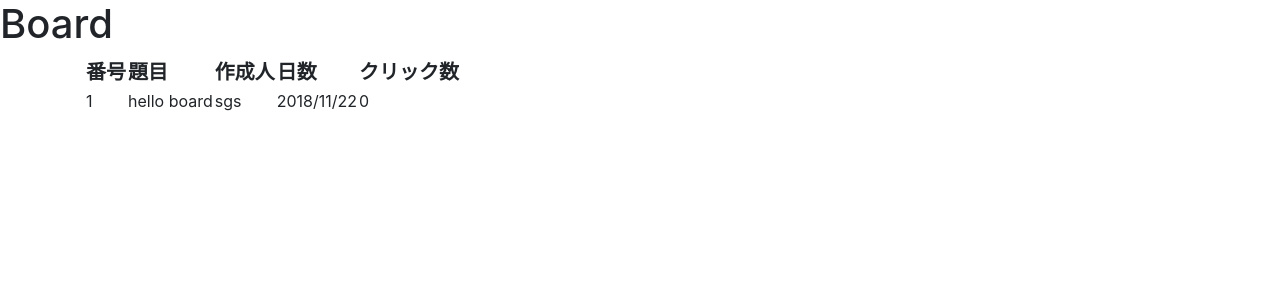
Repository: songgisung/study_web
Page: 20181126/test/board/WebContent/board.html
These files come from the project's save history. The page is drawn as it stood at one moment and after the next save; the edit follows.
The browser window is 1280 px wide. The pictures show the whole page.

Above is the page before, as saved 2018-11-22 08:38:51.

### 20181126/test/board/WebContent/board.html
<!DOCTYPE html>
<html>
	<head>
		<meta charset="UTF-8">
		<meta name="viewport" content="width=device-width, initial-scale=1, shrink-to-fit=no">
		<title>Insert title here</title>

		<link rel="stylesheet" href="https://stackpath.bootstrapcdn.com/bootstrap/4.1.3/css/bootstrap.min.css" integrity="sha384-MCw98/SFnGE8fJT3GXwEOngsV7Zt27NXFoaoApmYm81iuXoPkFOJwJ8ERdknLPMO" crossorigin="anonymous">
		<link rel="stylesheet" href="css/board.css">
	</head>
<body>
	<h1>Board</h1>
	<div class="container">
		<table>
			<tr class="table_">
				<th>番号</th>
				<th>題目</th>
				<th>作成人</th>
				<th>日数</th>
				<th>クリック数</th>
			</tr>
			<tr>
				<td>1</td>
				<td>hello board</td>
				<td>sgs</td>
				<td>2018/11/22</td>
				<td>0</td>
			</tr>
		</table>
	</div>
	<script src="https://code.jquery.com/jquery-3.3.1.slim.min.js" integrity="sha384-q8i/X+965DzO0rT7abK41JStQIAqVgRVzpbzo5smXKp4YfRvH+8abtTE1Pi6jizo" crossorigin="anonymous"></script>
	<script src="https://cdnjs.cloudflare.com/ajax/libs/popper.js/1.14.3/umd/popper.min.js" integrity="sha384-ZMP7rVo3mIykV+2+9J3UJ46jBk0WLaUAdn689aCwoqbBJiSnjAK/l8WvCWPIPm49" crossorigin="anonymous"></script>
	<script src="https://stackpath.bootstrapcdn.com/bootstrap/4.1.3/js/bootstrap.min.js" integrity="sha384-ChfqqxuZUCnJSK3+MXmPNIyE6ZbWh2IMqE241rYiqJxyMiZ6OW/JmZQ5stwEULTy" crossorigin="anonymous"></script>
</body>
</html>

### 20181126/test/board/WebContent/css/board.css
@charset "UTF-8";

.table_{
	border-color: black;
	margin:0px;
	font-size: 20px;
}
.cell{
	border:black 10px solid;
}

After the next save:
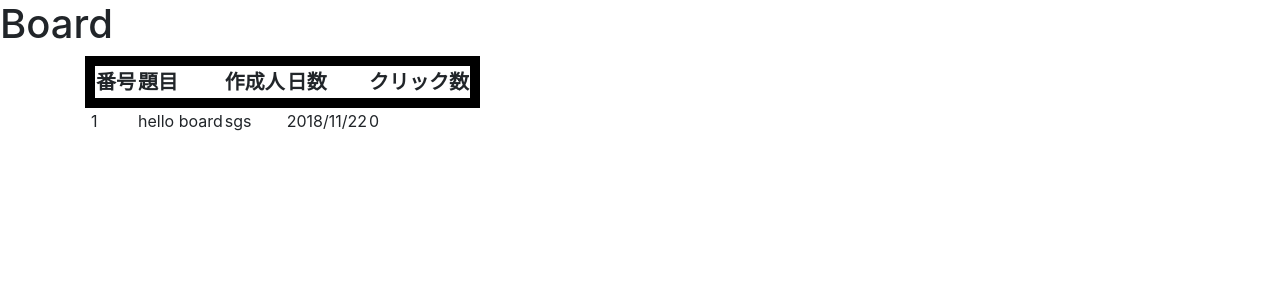
Saved 50 s later.
--- a/20181126/test/board/WebContent/css/board.css
+++ b/20181126/test/board/WebContent/css/board.css
@@ -4,6 +4,7 @@
 	border-color: black;
 	margin:0px;
 	font-size: 20px;
+	border: 10px black solid;
 }
 .cell{
 	border:black 10px solid;

After the 4 saves that followed:
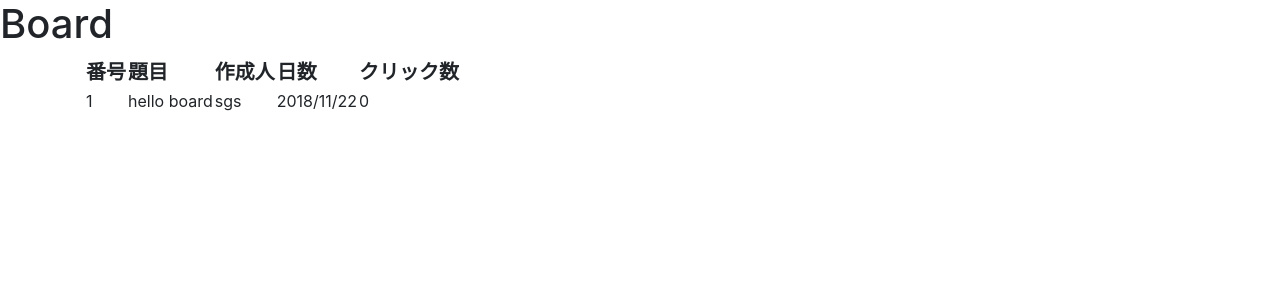
The 4 saves are shown as one change because 3 left the picture as it was.
The last was saved 100 s later.
--- a/20181126/test/board/WebContent/css/board.css
+++ b/20181126/test/board/WebContent/css/board.css
@@ -4,8 +4,9 @@
 	border-color: black;
 	margin:0px;
 	font-size: 20px;
-	border: 10px black solid;
 }
 .cell{
-	border:black 10px solid;
+	padding-left: 0px;
+	margin:0;
+	border:10px black solid;
 }
